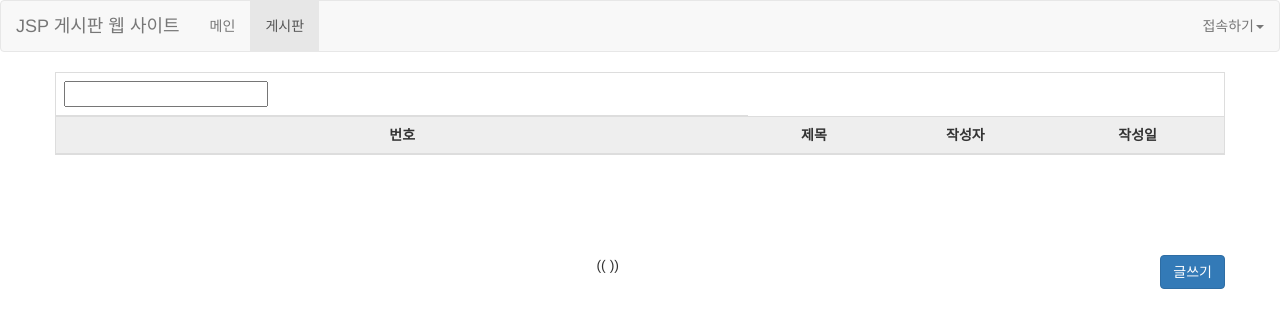
Repository: lihs3443/JSP-Board-System
Page: http://localhost/BBS/bbs.jsp
An editor plug-in stored every save of this project. The page is shown before and after the next save, followed by the edit.
The browser window is 1280 px wide. The pictures show the whole page.
Some web libraries are served in a nearby version. The page is served by Tomcat 9. Queries for data that is not in the repository find no rows.

Above is the page before, as saved 2022-11-20 11:08:55.

After the next save:
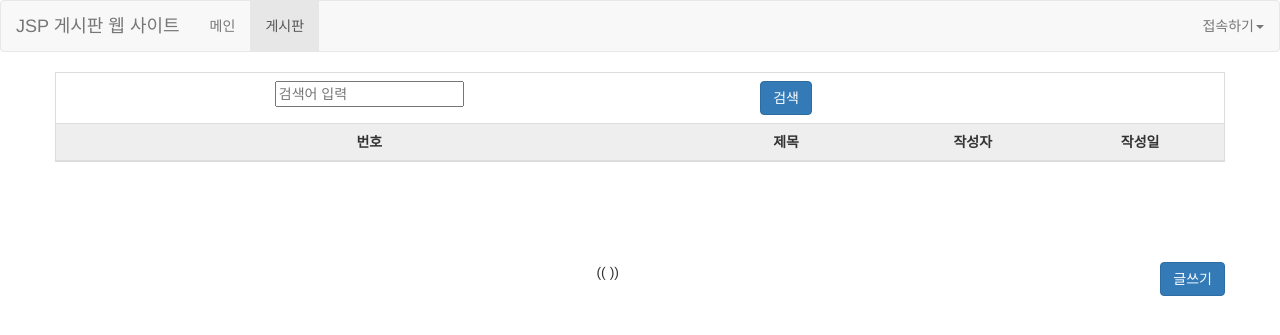
Saved 2 min 39 s later.
--- a/BBS/WebContent/bbs.jsp
+++ b/BBS/WebContent/bbs.jsp
@@ -95,9 +95,10 @@
 		<div class="row">
 			<table class="table table-striped" style="text-align: center; border: 1px solid #dddddd">
 				<thead>
-					<form>
+					<form method="post" action="searchAction.jsp">
 						<tr>
-							<th><input type="text"></th>
+							<td><input type="text" placeholder="검색어 입력" maxlength="50"></td>
+							<td><button type="submit" class="btn btn-primary">검색</button></td>
 						</tr>
 					</form>
 					<tr>
